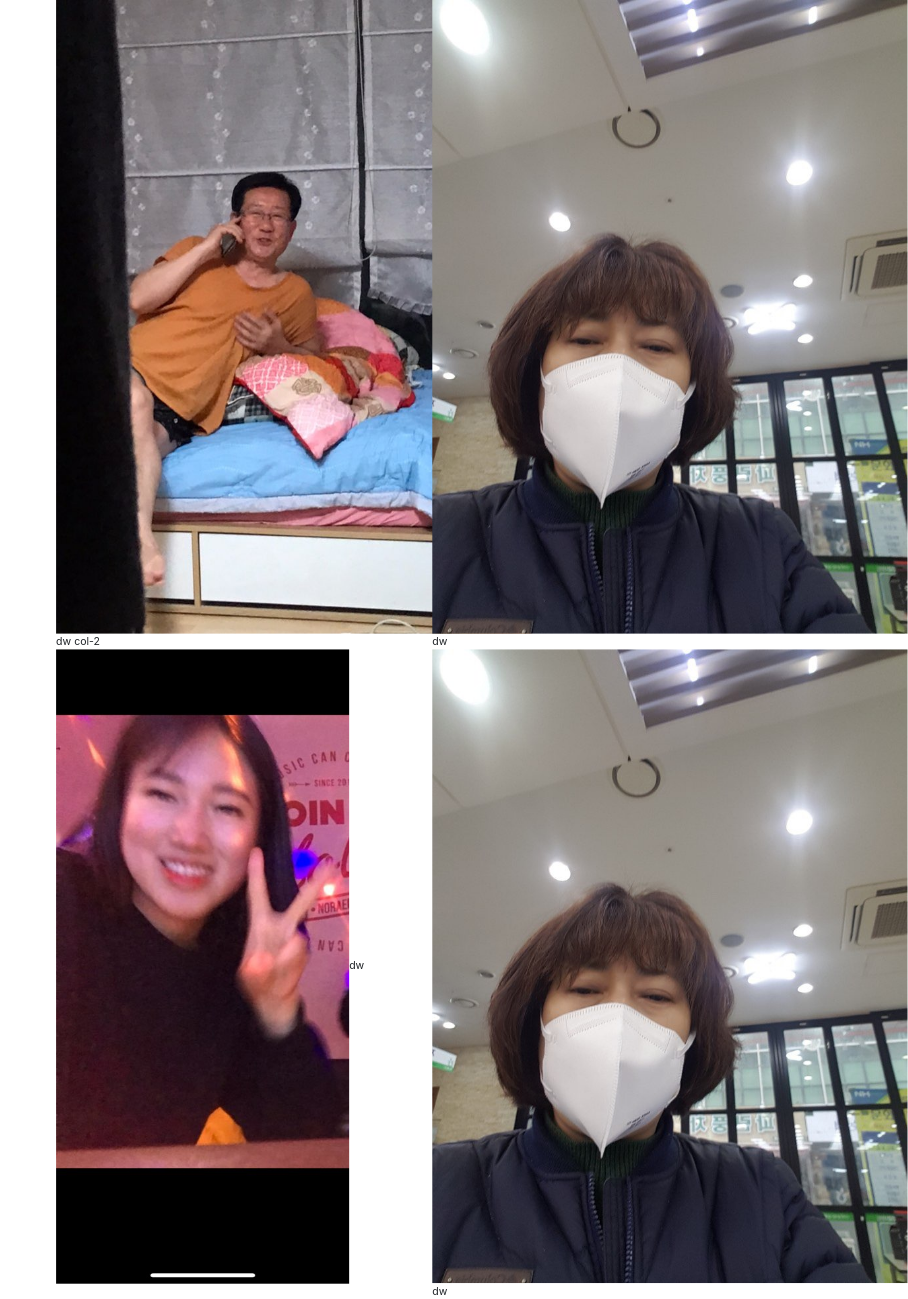
Repository: seungminlll3420/ruby_on_rails
Page: wep.html
The author's editor kept a record of every edit. The page is drawn from the files as they stood at one moment, then again after the next edit.
The browser window is 1280 px wide. The page is 1375 px wide, so the pictures cover 1375 px, including what lies to the right of the window. The pictures show the whole page, at 66% of full size.

Above is the page before.

After the next edit:
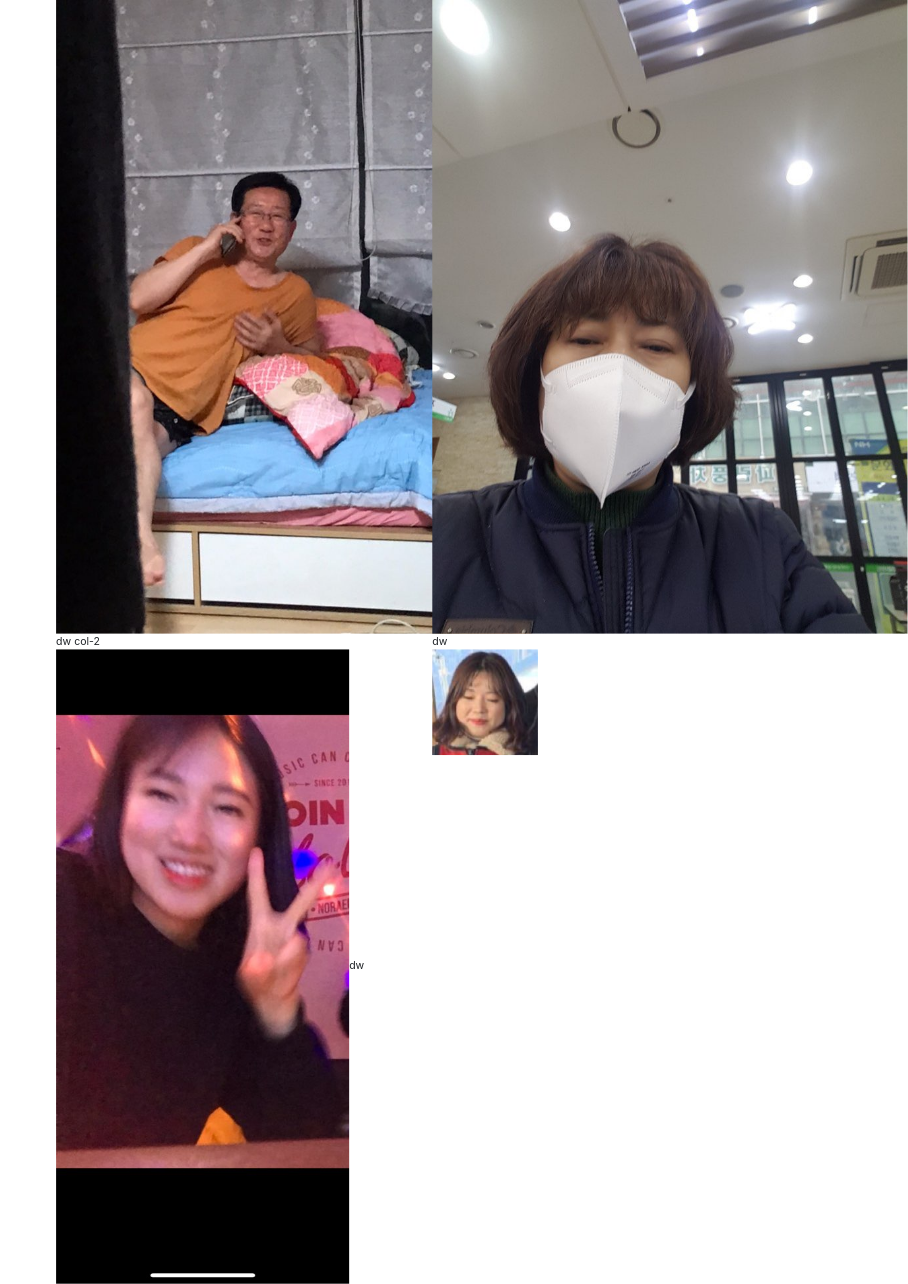
The edit:
--- a/wep.html
+++ b/wep.html
@@ -29,7 +29,7 @@
                 <img src="./img/이지영.jpg">dw</img>
             </div>
             <div class="col-6" style="">
-                <img src="./img/길숙희.jpg">dw</img>
+                <img src="./img/이소연.jpg"></img>
             </div>
         </div>
     </div>
